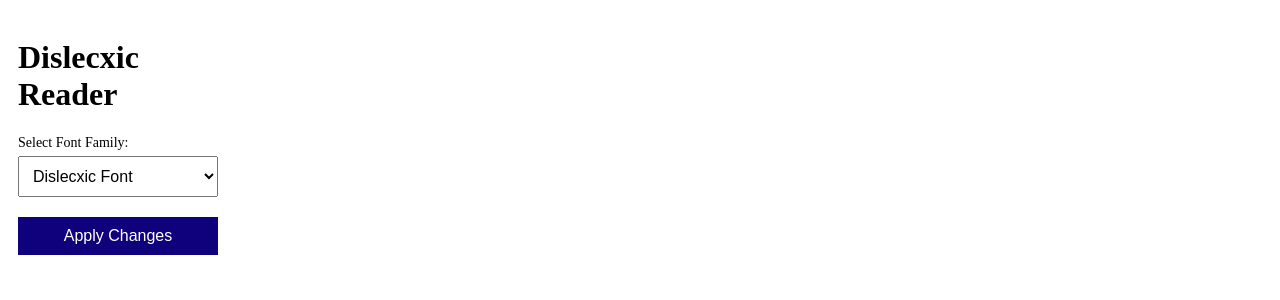
Repository: adatechschool/extension-navigateur-extension_walid_eliana_imelda
Page: Extention 3/popup.html
An editor plug-in stored every save of this project. The page is shown before and after the next save, followed by the edit.
The browser window is 1280 px wide. The pictures show the whole page.

Above is the page before, as saved 2024-01-12 15:52:17.

### Extention 3/popup.html
<!-- popup.html -->
<!DOCTYPE html>
<html>
<head>
  <link rel="stylesheet" type="text/css" href="popup.css">
  <script type="module" src="popup.js"></script>

  <link rel="preconnect" href="https://fonts.googleapis.com">
<link rel="preconnect" href="https://fonts.gstatic.com" crossorigin>
<link href="https://fonts.googleapis.com/css2?family=Montserrat:wght@400;700&display=swap" rel="stylesheet">

</head>
<body>
    <h1> Dislecxic Reader </h1>
  <label for="font-family">Select Font Family:</label>

  <select id="font-family">

    <option value="Montserrat">Dislecxic Font</option>

    <option value="Arial"> Lettres en Gras</option>

    <option value="Courier New"> Le deux</option>
    <!-- Add more font options as needed -->
  </select>

  <button id="apply-button">Apply Changes</button>
</body>
</html>

### Extention 3/popup.css
body {
    width: 200px;
    padding: 10px;
  }

  label {
    display: block;
    margin-bottom: 5px;
    font-size: 14px;
  }

  select, button {
    width: 100%;
    margin-bottom: 20px;
    padding: 10px;
    font-size: 16px;
  }

  button {
    background-color: #0f007c;
    color: white;
    border: 5px;
    cursor: pointer;
  }

  button:hover {
    background-color: #357ae8;
  }

### Extention 3/popup.js
document.addEventListener('DOMContentLoaded', function() {
    var applyButton = document.getElementById('apply-button');
    var fontFamilySelect = document.getElementById('font-family');

    applyButton.addEventListener('click', function() {
      var selectedFontFamily = fontFamilySelect.value;
      chrome.tabs.query({ active: true, currentWindow: true }, function(tabs) {
        chrome.tabs.sendMessage(tabs[0].id, { action: 'applyChanges', selectedFontFamily: selectedFontFamily });
      });
    });
  });

After the next save:
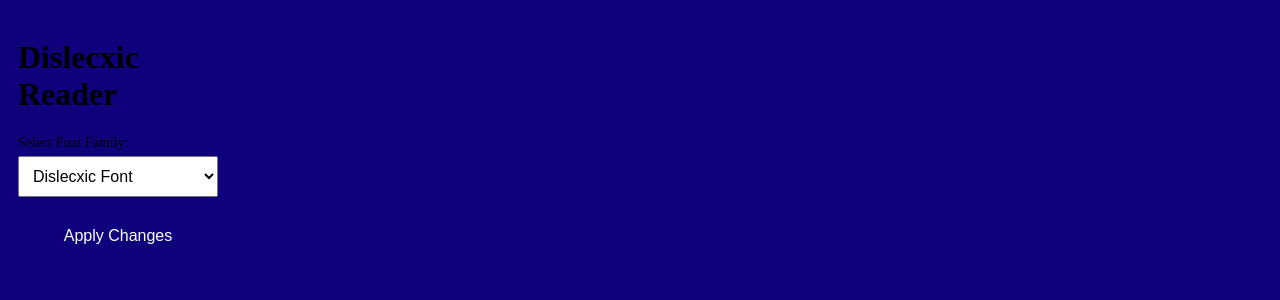
Saved 46 s later.
--- a/Extention 3/popup.css
+++ b/Extention 3/popup.css
@@ -1,6 +1,7 @@
 body {
     width: 200px;
     padding: 10px;
+    background-color: #0f007c;
   }
 
   label {
